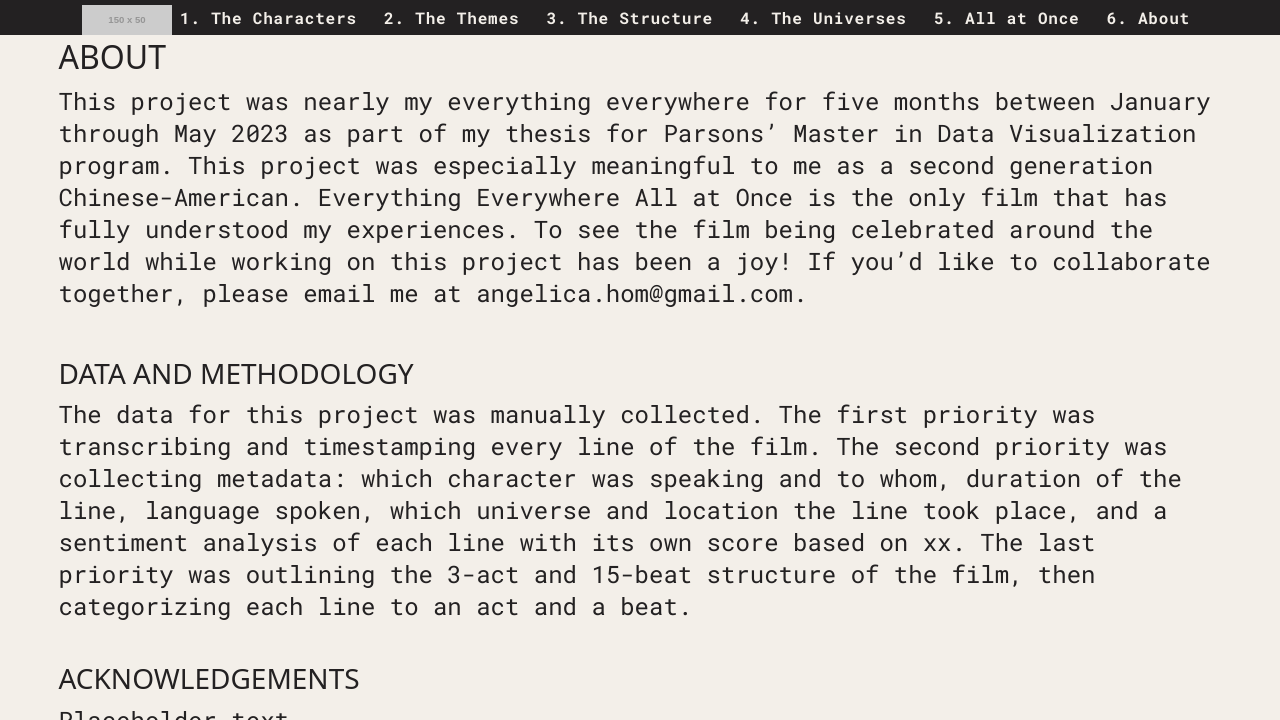
Repository: angelica-hom/msdv-thesis
Page: about.html
The author's editor kept a record of every edit. The page is drawn from the files as they stood at one moment, then again after the next edit.
The browser window is 1280 px wide. The pictures show the whole page.

Above is the page before.

### about.html
<!doctype html>
<html lang="en">
<head>
    <meta charset="utf-8">
    <meta name="viewport" content="width=device-width, initial-scale=1">
    <link href="https://cdn.jsdelivr.net/npm/bootstrap@5.1.3/dist/css/bootstrap.min.css" rel="stylesheet">
    <link href="about.css" rel="stylesheet">
    <title>Decoding Everything Everywhere All at Once</title>
</head>
<body>
  <nav class="navbar navbar-expand-lg navbar-custom">
        <div class="container">
            <a class="navbar-brand" href="#">
                <img src="https://via.placeholder.com/150x50" alt="Your Brand" height="30">
            </a>
            <div class="collapse navbar-collapse" id="navbarNav">
                <ul class="navbar-nav mx-auto">
                    <li class="nav-item">
                        <a class="nav-link" href="characters.html">1. The Characters</a>
                    </li>
                    <li class="nav-item">
                        <a class="nav-link" href="themes.html">2. The Themes</a>
                    </li>
                    <li class="nav-item">
                        <a class="nav-link" href="structure.html">3. The Structure</a>
                    </li>
                    <li class="nav-item">
                        <a class="nav-link" href="universes.html">4. The Universes</a>
                    </li>
                    <li class="nav-item">
                        <a class="nav-link" href="once.html">5. All at Once</a>
                    </li>
                    <li class="nav-item">
                        <a class="nav-link" href="about.html">6. About</a>
                    </li>
                </ul>
            </div>
        </div>
    </nav>

    <div class="container-fluid hero-container d-flex justify-content-center align-items-center">
        <div>
            <h2>ABOUT</h2>
            <p>This project was nearly my everything everywhere for five months between January through May 2023 as part of my thesis for Parsons’ Master in Data Visualization program. This project was especially meaningful to me as a second generation Chinese-American. Everything Everywhere All at Once is the only film that has fully understood my experiences. To see the film being celebrated around the world while working on this project has been a joy! If you’d like to collaborate together, please email me at angelica.hom@gmail.com.<br>
            <br><h3>DATA AND METHODOLOGY</h3>
            <p>The data for this project was manually collected. The first priority was transcribing and timestamping every line of the film. The second priority was collecting metadata: which character was speaking and to whom, duration of the line, language spoken, which universe and location the line took place, and a sentiment analysis of each line with its own score based on xx. The last priority was outlining the 3-act and 15-beat structure of the film, then categorizing each line to an act and a beat.</p>
            <br><h3>ACKNOWLEDGEMENTS</h3>
            <p>Placeholder text</p>
        </div>
    </div>

    <script>
      document.addEventListener('keydown', function (event) {
        if (event.code === 'ArrowLeft') {
          window.location.href = 'once.html';
        }
      });
    </script>

    <script src="https://cdn.jsdelivr.net/npm/@popperjs/core@2.11.6/dist/umd/popper.min.js"></script>
    <script src="https://cdn.jsdelivr.net/npm/bootstrap@5.1.3/dist/js/bootstrap.min.js"></script>
</body>
</html>

### about.css
@import url('https://fonts.googleapis.com/css2?family=Roboto+Flex:wght@100;200;300;400;500;600;700;800;900;1000&display=swap');
@import url('https://fonts.googleapis.com/css2?family=Roboto+Mono:ital,wght@0,100;0,200;0,300;0,400;0,500;0,600;0,700;1,100;1,200;1,300;1,400;1,500;1,600;1,700&display=swap');

body, html {
    height: 100%;
    margin: 0;
    overflow-x: hidden;
}

.hero-container {
    height: 100vh;
    display: flex;
    justify-content: center;
    align-items: center;
    background-color: #F3EFE9;
    color: #232122;
}

@media (max-width: 768px) {
  .hero-text {
    font-size: 2rem;
  }
}

.hero-container p {
    font-family: 'Roboto Mono', sans-serif;
    font-style: normal;
    font-weight: 400;
    font-size: 24px;
    line-height: 32px;
    display: flex;
    align-items: center;
    color: #232122;
    max-width: 1163px;
}

.navbar-custom {
    margin-bottom: 0;
    height: 35px;
    align-items: center; /* Center the navbar content vertically */
    background-color: #232122; /* New navbar background color */
    width: 100%; /* Make the navbar container wider */
    font-family: 'Roboto Mono', monospace; /* Specify the font family */
    font-weight: 700;
}

.navbar-custom .navbar-brand,
.navbar-custom .nav-link {
    color: #F3EFE9;
    padding: 0;
    line-height: 35px;
    font-size: 16px;
    letter-spacing: 0.05em;
    font-family: 'Roboto Mono', monospace;
    margin: 0; /* Add a margin to create more space between nav items */
}

.navbar-custom .navbar-nav {
    flex-grow: 1;
    display: flex;
    justify-content: space-between; /* Spread out the nav items */
}

.navbar-custom .nav-link:hover {
    color: #232122;
    background-color: #F3EFE9; /* New background color on hover */
}

 {
    height: calc(100% - 35px); /* Subtract navbar height */
    padding: 0;
}

#content h2 {
    font-family: 'Roboto Flex', sans-serif;
    font-style: normal;
    font-weight: 200;
    font-size: 50px;
}

#content h3 {
    font-family: 'Roboto Flex', sans-serif;
    font-style: normal;
    font-weight: 800;
    font-size: 20px;
}

#content .bold {
    font-weight: 800;
}

#content p {
    font-family: 'Roboto Mono', monospace;
    font-style: normal;
    font-weight: 400;
    font-size: 16px;
}

After the next edit:
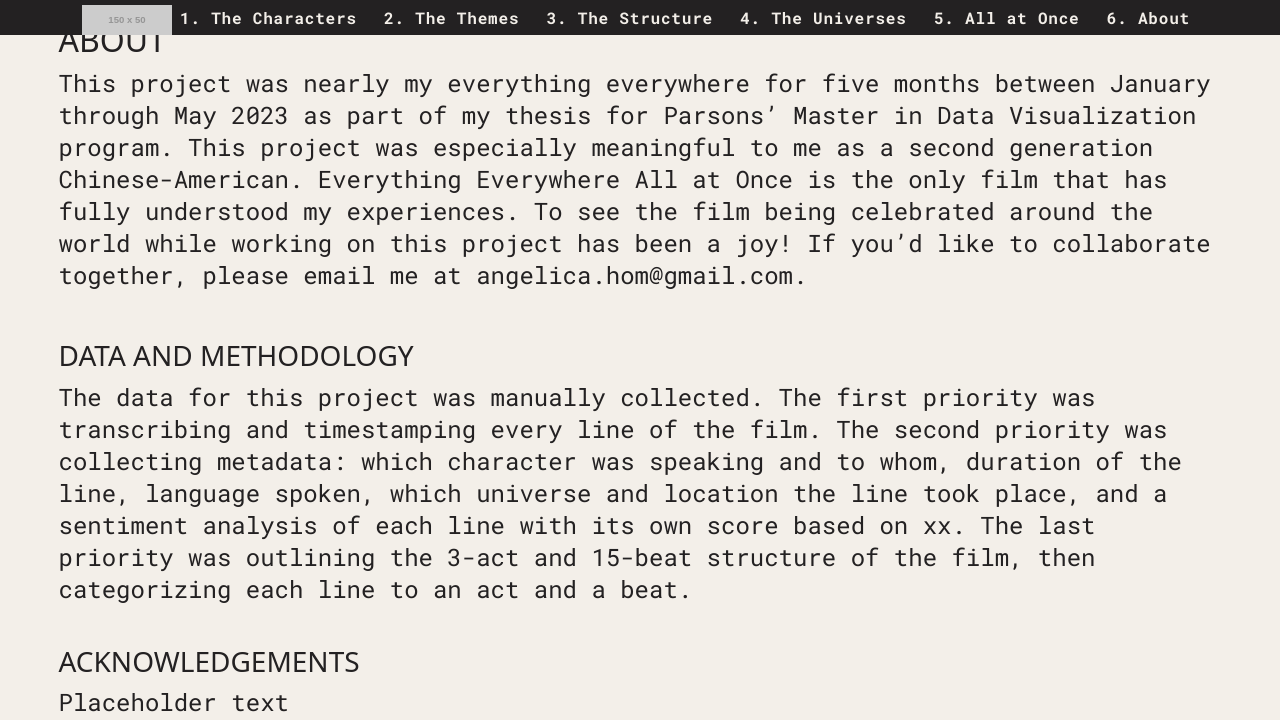
The edit:
--- a/about.css
+++ b/about.css
@@ -66,7 +66,7 @@
     background-color: #F3EFE9; /* New background color on hover */
 }
 
- {
+.container-fluid {
     height: calc(100% - 35px); /* Subtract navbar height */
     padding: 0;
 }
